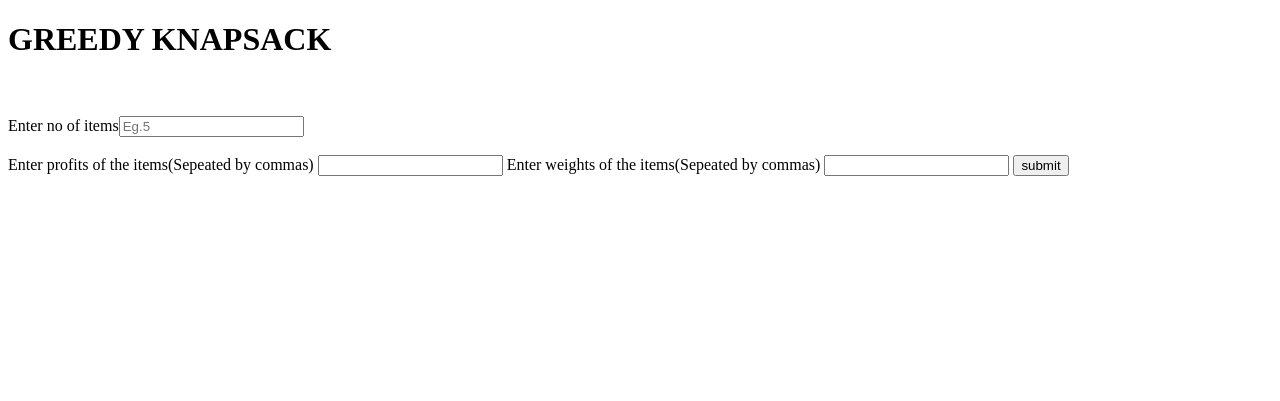
Repository: vinaybabu3962/ALGORITHMIC-TOOLBOX
Page: DAA_WT/webapp/GreedyKnapsack.html
An editor plug-in stored every save of this project. The page is shown before and after the next save, followed by the edit.
The browser window is 1280 px wide. The pictures show the whole page.

Above is the page before, as saved 2021-07-03 16:35:28.

After the next save:
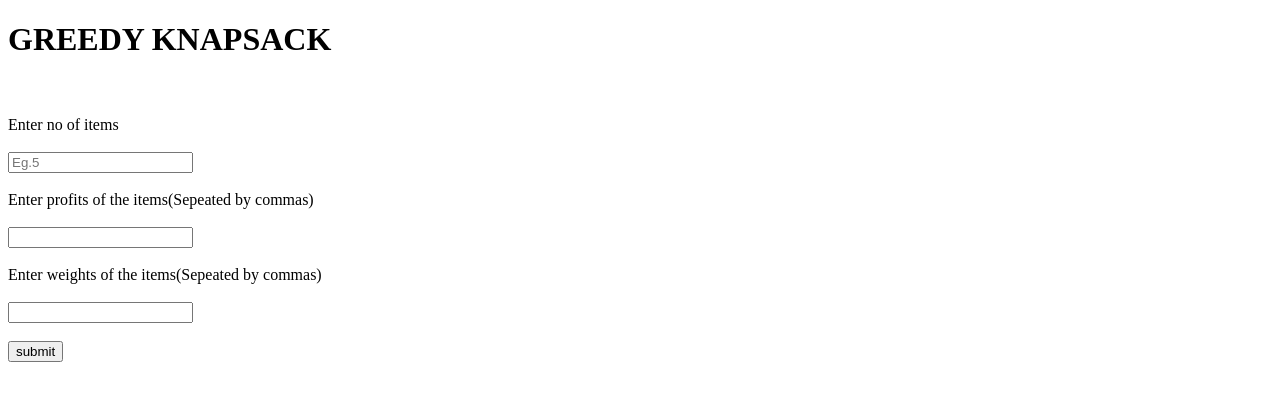
Saved 2 min 18 s later.
--- a/DAA_WT/webapp/GreedyKnapsack.html
+++ b/DAA_WT/webapp/GreedyKnapsack.html
@@ -8,13 +8,14 @@
 <h1> GREEDY KNAPSACK</h1>
 <br><br>
 <form action="greedy" method="post" >
-Enter no of items<input  type="number" placeholder="Eg.5" name="count" >
+Enter no of items<br><br><input  type="number" placeholder="Eg.5" name="count" >
 <br><br>
-Enter profits of the items(Sepeated by commas)
-<input type="text" name="profits" >
-Enter weights of the items(Sepeated by commas)
+Enter profits of the items(Sepeated by commas)<br><br>
+<input type="text" name="profits" ><br><br>
+Enter weights of the items(Sepeated by commas)<br><br>
 <input type="text" name="weights" >
-<input type="submit" value="submit" >
+<br><br>
+<input type="submit" value="submit" ><br><br>
 </form>
 </body>
 </html>
